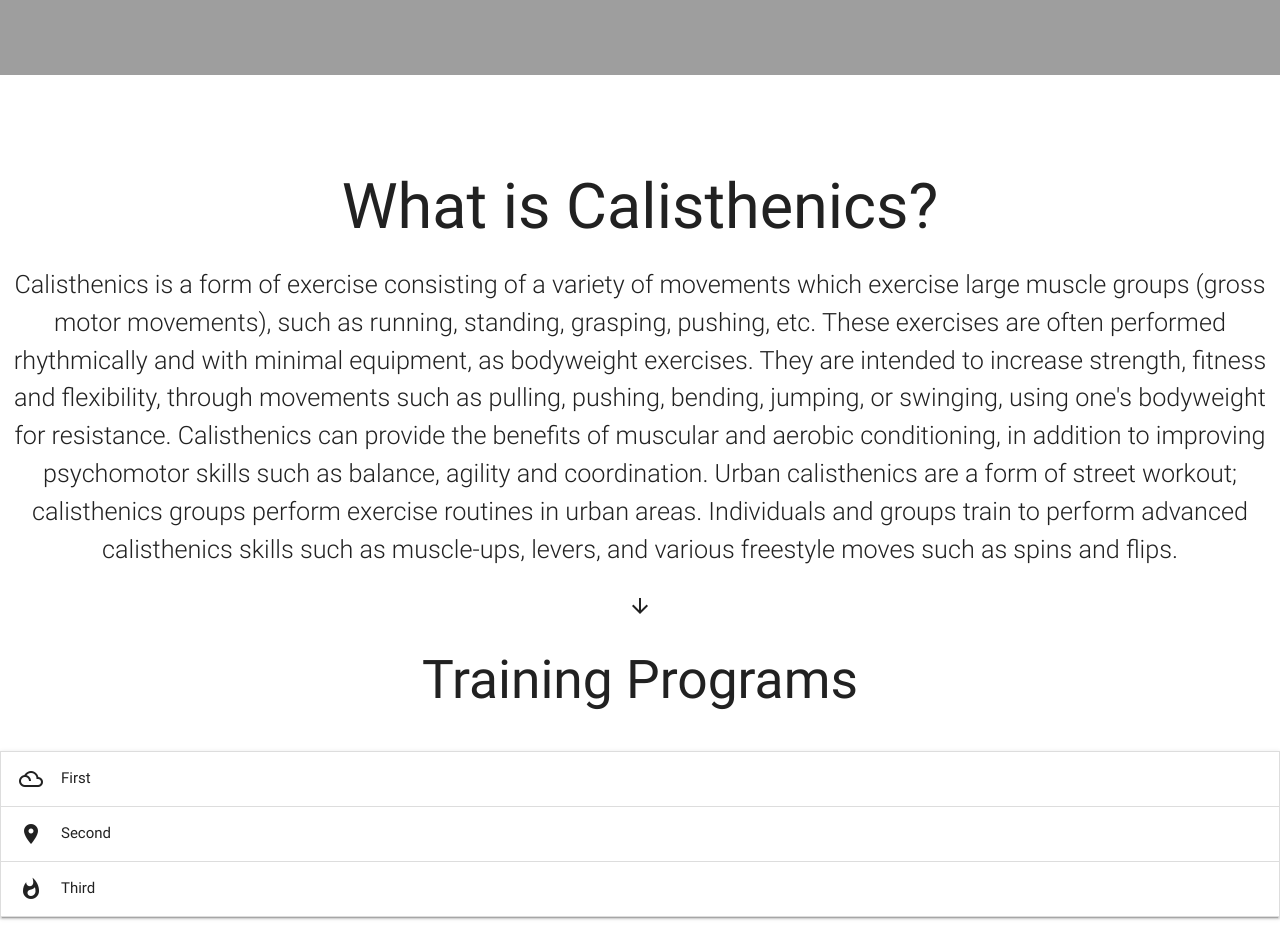
Repository: Ario124/calisthenics-project
Page: http://localhost/
The author's editor kept a record of every edit. The page is drawn from the files as they stood at one moment, then again after the next edit.
The browser window is 1280 px wide. The pictures show the part of the page from y = 644 to 1596 px (the page is 1596 px tall before and 1509 px after).
Pictures or frames that could not be fetched are drawn as grey boxes. The page is served by the project's application, run on Flask 3 (app.py). Queries for data that is not in the repository find no rows.

Above is the page before.

### templates/index.html
{% extends 'base.html' %}
{% block content %}

     <div class="video-container">
        <iframe src="///www.youtube.com/embed/FHBtLAvNGo4?start=14&end=103&controls=0&showinfo=0&rel=0&autoplay=1&loop=1&playlist=FHBtLAvNGo4&mute=1" frameborder="0" allowfullscreen></iframe>
      </div>


                <div class="row">
                    <div class="col s12 center">
                        <h1 class="center">What is Calisthenics?</h1>

                        <p class="flow-text">
                            Calisthenics is a form of exercise consisting of a variety of movements which exercise large muscle groups
                            (gross motor movements), such as running, standing, grasping, pushing, etc. These exercises are often performed rhythmically
                            and with minimal equipment, as bodyweight exercises.<span class ="hide-on-small-only"> They are intended to increase strength, fitness and flexibility, through
                            movements such as pulling, pushing, bending, jumping, or swinging, using one's bodyweight for resistance. Calisthenics can provide
                            the benefits of muscular and aerobic conditioning, in addition to improving psychomotor skills such as balance, agility and coordination.

                            Urban calisthenics are a form of street workout; calisthenics groups perform exercise routines in urban areas.
                            Individuals and groups train to perform advanced calisthenics skills such as muscle-ups, levers, and various freestyle moves such as spins and flips.</span>

                        </p>

                        <ul class="hide-on-large-only collapsible">
                            <li>
                                <div class="collapsible-header"><i class="material-icons">info_outline</i>Read More</div>
                                <div class="collapsible-body"><span>They are intended to increase strength, fitness and flexibility, through
                            movements such as pulling, pushing, bending, jumping, or swinging, using one's bodyweight for resistance. Calisthenics can provide
                            the benefits of muscular and aerobic conditioning, in addition to improving psychomotor skills such as balance, agility and coordination.

                            Urban calisthenics are a form of street workout; calisthenics groups perform exercise routines in urban areas.
                            Individuals and groups train to perform advanced calisthenics skills such as muscle-ups, levers, and various freestyle moves such as spins and flips.</span></div>
                            </li>
                        </ul>

                        <div class="row">
                            <div class="">
                                    <i class="rrow material-icons">arrow_downward</i>
                            </div>

                        </div>

                        <h2>Training Programs</h2>

                    </div>

                </div>
               <div class="row contoo">

                                         {% for program in training_programs %}
                {{program.program_name}}
                {{program.program_category}}
                {{program.difficulty_level}}
                {{program.strength_required}}
                {{program.sets_amount}}
                {{program.reps_amount}}
                {{program.equipment_required}}
                 {% endfor %}

              <ul class="collapsible">
                <li>
                    <div class="collapsible-header"><i class="material-icons">filter_drama</i>First</div>
                    <div class="collapsible-body"><span>Lorem ipsum dolor sit amet.</span></div>
                </li>
                <li>
                    <div class="collapsible-header"><i class="material-icons">place</i>Second</div>
                    <div class="collapsible-body"><span>Lorem ipsum dolor sit amet.</span></div>
                </li>
                <li>
                    <div class="collapsible-header"><i class="material-icons">whatshot</i>Third</div>
                    <div class="collapsible-body"><span>Lorem ipsum dolor sit amet.</span></div>
                </li>
            </ul>
            </div>




{% endblock %}

### templates/base.html
<!DOCTYPE html>
<html lang="en">
<head>
    <link href="https://fonts.googleapis.com/icon?family=Material+Icons" rel="stylesheet">
    <link rel="stylesheet" href="https://cdnjs.cloudflare.com/ajax/libs/materialize/0.100.2/css/materialize.min.css">
                <link rel="stylesheet" href="{{url_for('static', filename="css/main.css")}}" type="text/css" />

    <title>Calisthenics Project</title>
</head>
<body>
<header>

    <div class="navbar-fixed">
        <nav>
            <div class="nav-wrapper">
              <a href="{{url_for('home')}}" class="brand-logo center">Calisthenics</a>
              <ul id="nav-mobile" class="right hide-on-med-and-down">
                <li><a href="{{url_for('add_program')}}">Add Program</a></li>
                <li><a href="{{url_for('categories')}}">Categories</a></li>
                <li><a href="{{url_for('contact')}}">Contact Us</a></li>
              </ul>
            </div>
      </nav>
    </div>


</header>
    {% block content %}
    {% endblock %}

    <script src="https://cdnjs.cloudflare.com/ajax/libs/jquery/3.4.1/jquery.min.js"></script>
    <script src="https://cdnjs.cloudflare.com/ajax/libs/materialize/0.100.2/js/materialize.min.js"></script>

</body>
</html>

### app.py
import os
from flask import Flask, render_template, redirect, request, url_for
from flask_pymongo import PyMongo
from bson.objectid import ObjectId

app = Flask(__name__)


app.config["MONGO_DBNAME"] = 'calisthenics-project'
app.config["MONGO_URI"] = 'mongodb+srv://root:pasol005@myfirstcluster-qno2b.mongodb.net/calisthenics?retryWrites=true&w=majority'


mongo = PyMongo(app)

@app.route('/')
@app.route('/home')
def home():
    return render_template('index.html', training_programs=mongo.db.training_programs.find())

@app.route('/add_program')
def add_program():
    return render_template('add_program.html')

@app.route('/categories')
def categories():
    return render_template('categories.html')

@app.route('/contact')
def contact():
    return render_template('contact.html')



if __name__ == '__main__':
    app.run(host=os.environ.get('IP'),
            port=int(os.environ.get('PORT')),
            debug=True)

### static/css/main.css
nav {
    background-color: #2c9cbd52;

}

.brand-logo {
    font-size: 40px;
}

.video-container iframe, .video-container object, .video-container embed {
    position: absolute;
    top: 0;
    left: 0;
    width: 100%;
    height: 100%;

}


.circle {
    width: 36%;
}

.video-container {
    bottom: 65px;
}

After the next edit:
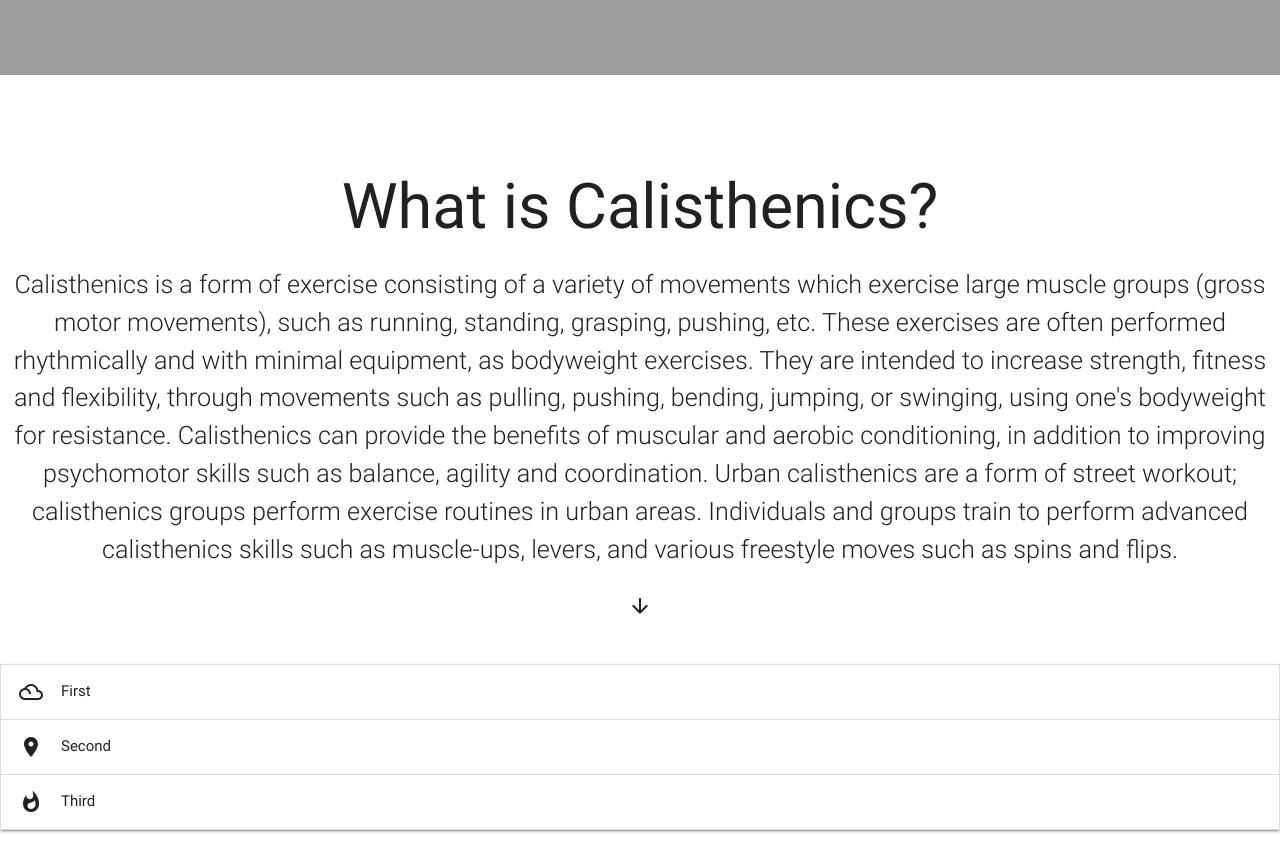
The edit:
--- a/templates/index.html
+++ b/templates/index.html
@@ -41,8 +41,6 @@
 
                         </div>
 
-                        <h2>Training Programs</h2>
-
                     </div>
 
                 </div>
